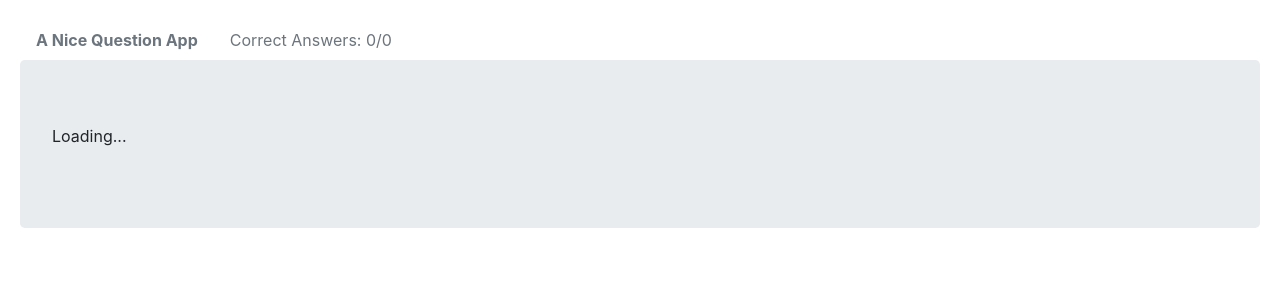
Repository: giovanicascaes/vue-quiz-app
Page: /
These files come from the project's save history. The page is drawn as it stood at one moment and after the next save; the edit follows.
The browser window is 1280 px wide. The pictures show the whole page.
The page's requests for data from a server got no answer. The project was rebuilt for these pictures with package versions that can differ from the ones it lists, and the page was loaded fresh each time. No one was signed in, and anything a server would have sent is missing. Also part of the build but not shown: vue.config.js.

Above is the page before, as saved 2019-04-14 02:29:01.

After the next save:
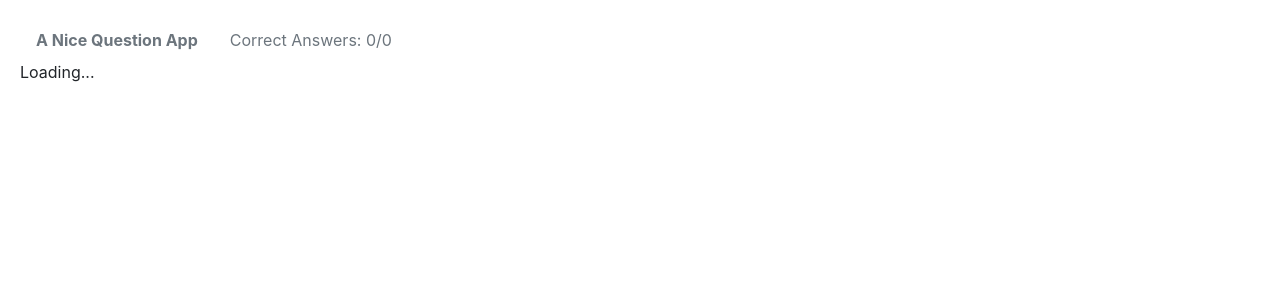
Saved 26 s later.
--- a/src/components/QuestionBox.vue
+++ b/src/components/QuestionBox.vue
@@ -1,8 +1,8 @@
 <template>
   <div>
-    <b-jumbotron v-if="loading" id="loading">
+    <div v-if="loading" id="loading">
       <p>Loading...</p>
-    </b-jumbotron>
+    </div>
     <b-jumbotron :lead="'Question #' + (index + 1)" v-if="!loading">
       <p>
         <span v-html="question.question"/>

After the save that followed:
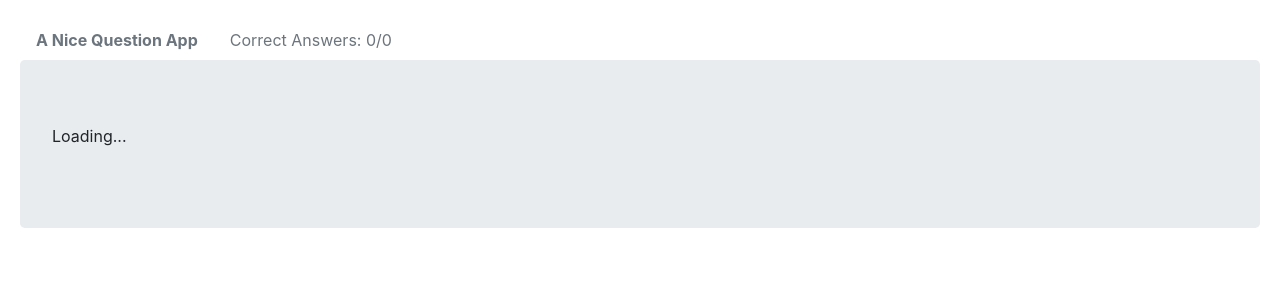
Saved 32 s later.
--- a/src/components/QuestionBox.vue
+++ b/src/components/QuestionBox.vue
@@ -1,8 +1,8 @@
 <template>
   <div>
-    <div v-if="loading" id="loading">
+    <b-jumbotron v-if="loading">
       <p>Loading...</p>
-    </div>
+    </b-jumbotron>
     <b-jumbotron :lead="'Question #' + (index + 1)" v-if="!loading">
       <p>
         <span v-html="question.question"/>
